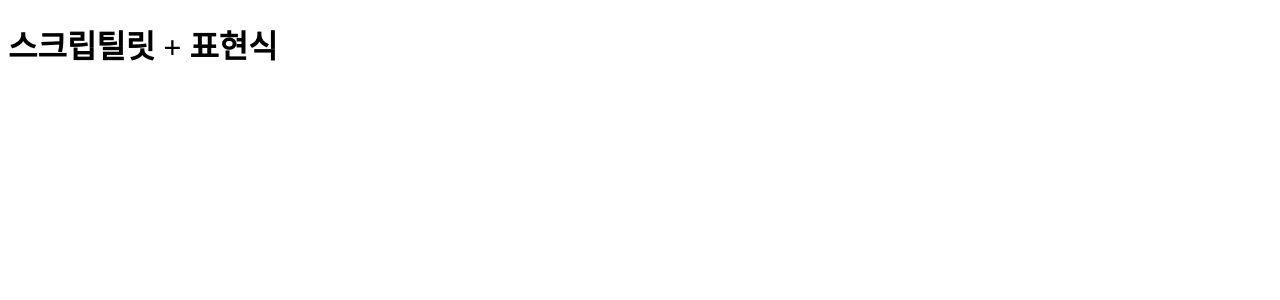
Repository: eeunha/server
Page: http://localhost/JSPTest/ex05.jsp
The author's editor kept a copy of each file at every save. The page is drawn from the files as they stood at one save, then again after the next save.
The browser window is 1280 px wide. The pictures show the whole page.
The page is served by Tomcat 9.

Above is the page before, as saved 2023-10-17 05:37:42.

### JSPTest/src/main/webapp/ex05.jsp
<%@ page language="java" contentType="text/html; charset=UTF-8"
    pageEncoding="UTF-8"%>
<%
	String name = "홍길동";
	int age = 20;
%>
<!DOCTYPE html>
<html>
<head>
<meta charset="UTF-8">
<title>Insert title here</title>
</head>
<body>
	<!-- ex05.jsp -->
	<h1>스크립틸릿 + 표현식</h1>
</body>
</html>

After the next save:
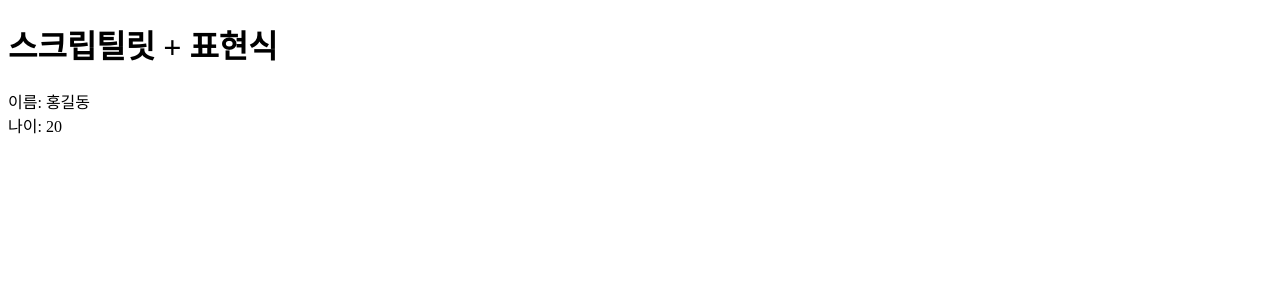
Saved 57 s later.
--- a/JSPTest/src/main/webapp/ex05.jsp
+++ b/JSPTest/src/main/webapp/ex05.jsp
@@ -13,5 +13,8 @@
 <body>
 	<!-- ex05.jsp -->
 	<h1>스크립틸릿 + 표현식</h1>
+
+	<div>이름: <%= name %></div>
+	<div>나이: <%= age %></div>
 </body>
 </html>
